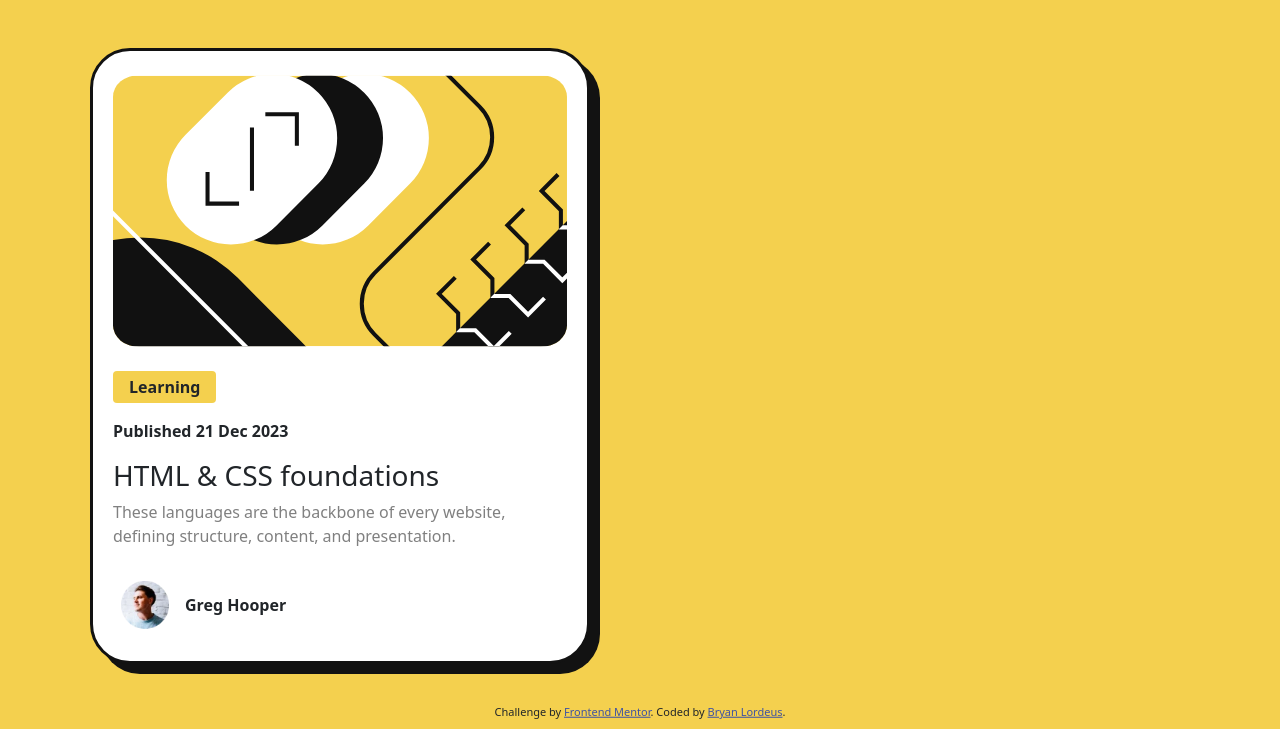
Repository: blordeus/blog-preview-card
Page: index.html
These files come from the project's save history. The page is drawn as it stood at one moment and after a run of saves; the edit follows.
The browser window is 1280 px wide. The pictures show the whole page.
The style sheet was rebuilt from its Sass, Less or Tailwind sources for each picture, by a compiler version that may differ from the author's.

Above is the page before, as saved 2024-02-10 11:03:33.

After the next 4 saves:
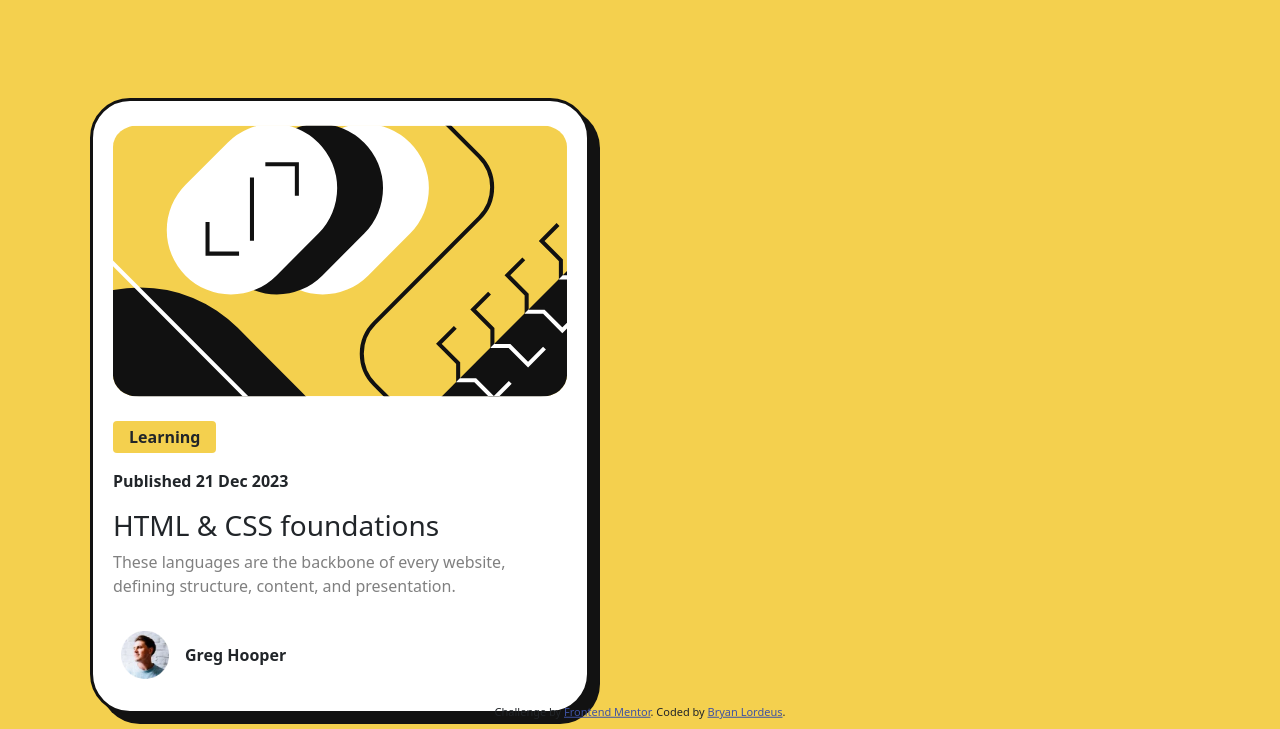
The 4 saves are shown as one change because they came seconds apart.
The last was saved 21 s later.
--- a/style.scss
+++ b/style.scss
@@ -89,7 +89,8 @@ p {
         max-width: 500px;
         border-radius: 40px;
         margin-inline: auto;
-        //center box to screen
+        //translate box to center of screen
+        transform: translate(0, 50px);
     }
 
     .rounded-edges {
